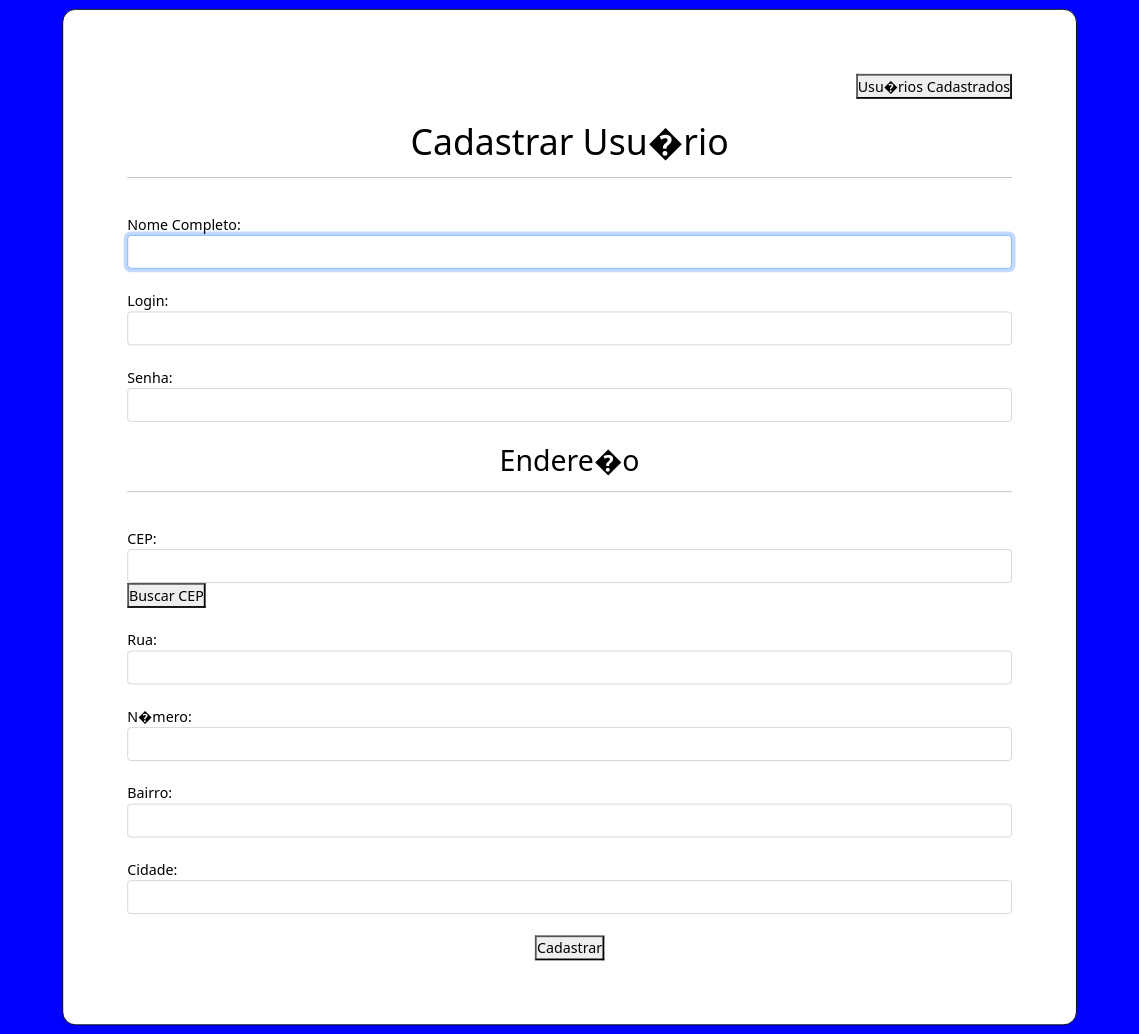
Repository: Magicianred/spring-mvc
Page: http://localhost/index
The author's editor kept a copy of each file at every save. The page is drawn from the files as they stood at one save, then again after the next save.
The browser window is 1280 px wide. The pictures show the whole page, at 89% of full size.
The page is this project's Thymeleaf template; nobody is signed in. The template is opened directly, without the code that normally fills it, so the values that code supplies are empty.

Above is the page before, as saved 2021-01-13 02:00:00.

After the next save:
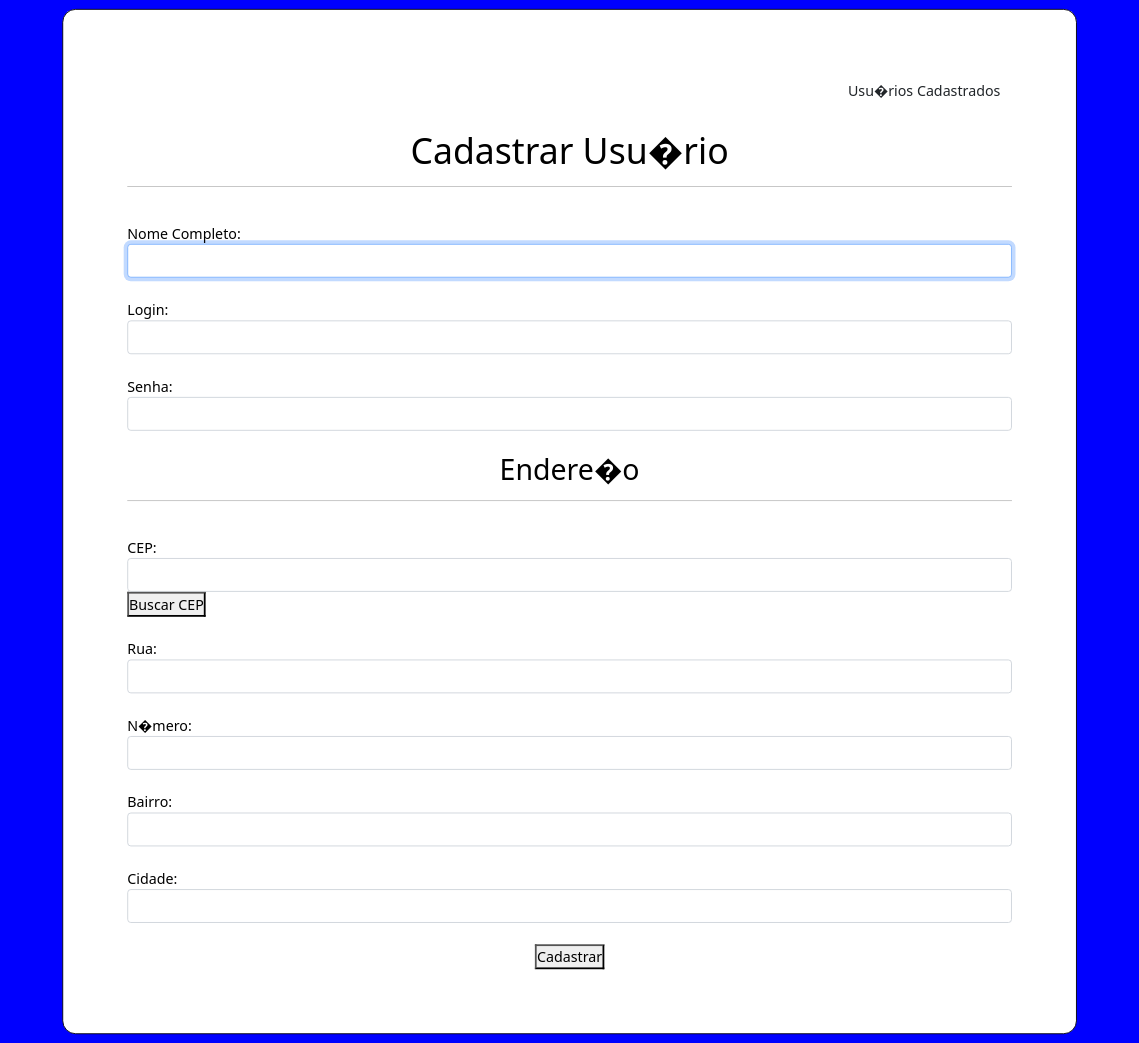
Saved 42 s later.
--- a/springmvc/src/main/resources/templates/index.html
+++ b/springmvc/src/main/resources/templates/index.html
@@ -12,7 +12,7 @@ xmlns:layout="http://www.ultraq.net.nz/thymeleaf/layout">
 <body>
 	<div id="formulario">
 		<div align="right">
-			<a th:href="@{/usuarios}"><button id="botao">Usuários Cadastrados</button></a>
+			<a th:href="@{/usuarios}"><button class="btn btn-default" id="botao">Usuários Cadastrados</button></a>
 		</div>
 		<br />
 
